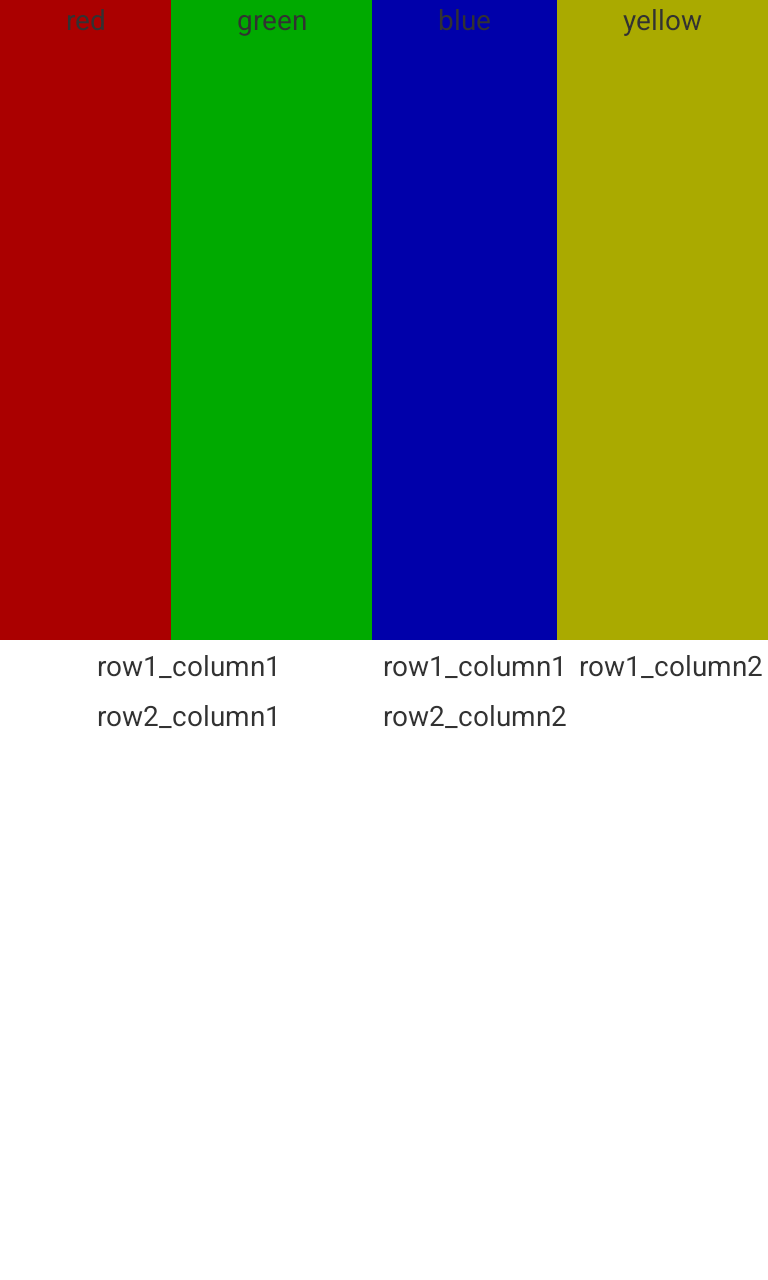
Repository: HouJun11220033/Android
Layout: Layout_04/res/layout/second.xml
These files come from the project's save history. The layout is drawn as it stood at one moment and after the next save; the edit follows.
It is drawn on a 768 x 1280 px phone screen (xhdpi) without system bars, with theme AppTheme; the app's code is not run.

Above is the layout before, as saved 2016-09-15 16:04:55.

### Layout_04/res/layout/second.xml
<?xml version="1.0" encoding="utf-8"?>
<LinearLayout xmlns:android="http://schemas.android.com/apk/res/android"
    android:layout_width="fill_parent"
    android:layout_height="fill_parent"
    android:orientation="vertical" >

    <LinearLayout
        android:layout_width="fill_parent"
        android:layout_height="fill_parent"
        android:layout_weight="1"
        android:orientation="horizontal" >

        <TextView
            android:layout_width="wrap_content"
            android:layout_height="fill_parent"
            android:layout_weight="1"
            android:background="#aa0000"
            android:gravity="center_horizontal"
            android:text="red" />

        <TextView
            android:layout_width="wrap_content"
            android:layout_height="fill_parent"
            android:layout_weight="1"
            android:background="#00aa00"
            android:gravity="center_horizontal"
            android:text="green" />

        <TextView
            android:layout_width="wrap_content"
            android:layout_height="fill_parent"
            android:layout_weight="1"
            android:background="#0000aa"
            android:gravity="center_horizontal"
            android:text="blue" />

        <TextView
            android:layout_width="wrap_content"
            android:layout_height="fill_parent"
            android:layout_weight="1"
            android:background="#aaaa00"
            android:gravity="center_horizontal"
            android:text="yellow" />
    </LinearLayout>

    <LinearLayout
        android:layout_width="fill_parent"
        android:layout_height="fill_parent"
        android:layout_weight="1"
        android:orientation="horizontal" >

        <TableLayout
            android:layout_width="fill_parent"
            android:layout_height="fill_parent"
            android:stretchColumns="0" >

            <TableRow>

                <TextView
                    android:gravity="center"
                    android:padding="3dip"
                    android:text="@string/row1_column1" />

                <TextView
                   android:gravity="center"
                    android:padding="3dip"
                    android:text="@string/row1_column1" >
                </TextView>

                <TextView
                   android:gravity="center"
                    android:padding="3dip"
                    android:text="@string/row1_column2" />
            </TableRow>

            <TableRow>

                <TextView
                   android:gravity="center"
                    android:padding="3dip"
                    android:text="@string/row2_column1" />

                <TextView
                    android:gravity="center"
                    android:padding="3dip"
                    android:text="@string/row2_column2" />
            </TableRow>
        </TableLayout>
    </LinearLayout>

</LinearLayout>

### Layout_04/res/values/strings.xml
<?xml version="1.0" encoding="utf-8"?>
<resources>

    <string name="hello">Hello World, TableTest!</string>
    <string name="app_name">layout02</string>
    <string name="row1_column1">row1_column1</string>
    <string name="row1_column2">row1_column2</string>
    <string name="row2_column1">row2_column1</string>
    <string name="row2_column2">row2_column2</string>

</resources>

Loaded but not shown: Layout_04/res/values/styles.xml (common file); Layout_04/res/values-v11/styles.xml (common file); Layout_04/res/values-v14/styles.xml (common file)

After the next save:
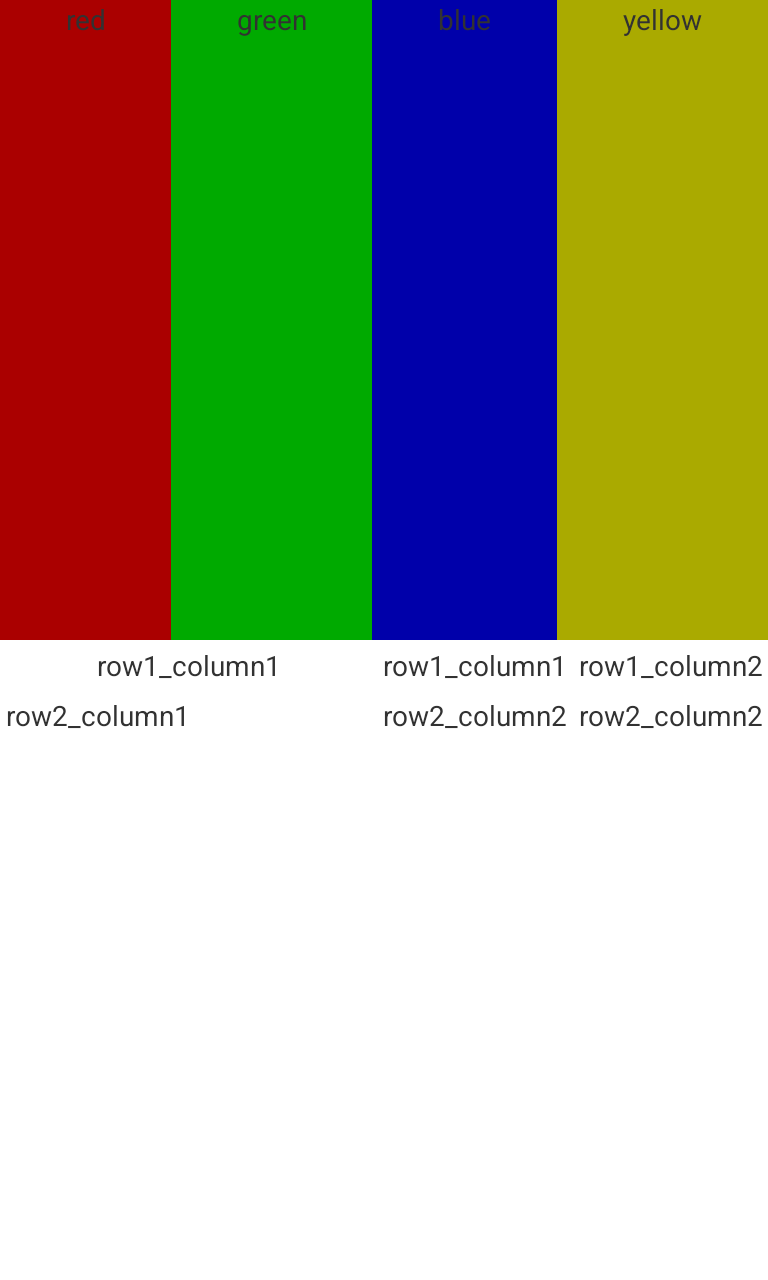
Saved 40 s later.
--- a/Layout_04/res/layout/second.xml
+++ b/Layout_04/res/layout/second.xml
@@ -62,13 +62,13 @@
                     android:text="@string/row1_column1" />
 
                 <TextView
-                   android:gravity="center"
+                    android:gravity="center"
                     android:padding="3dip"
                     android:text="@string/row1_column1" >
                 </TextView>
 
                 <TextView
-                   android:gravity="center"
+                    android:gravity="center"
                     android:padding="3dip"
                     android:text="@string/row1_column2" />
             </TableRow>
@@ -76,7 +76,7 @@
             <TableRow>
 
                 <TextView
-                   android:gravity="center"
+                    android:gravity="left"
                     android:padding="3dip"
                     android:text="@string/row2_column1" />
 
@@ -84,6 +84,11 @@
                     android:gravity="center"
                     android:padding="3dip"
                     android:text="@string/row2_column2" />
+
+                <TextView
+                    android:gravity="right"
+                    android:padding="3dip"
+                    android:text="@string/row2_column2" />
             </TableRow>
         </TableLayout>
     </LinearLayout>
